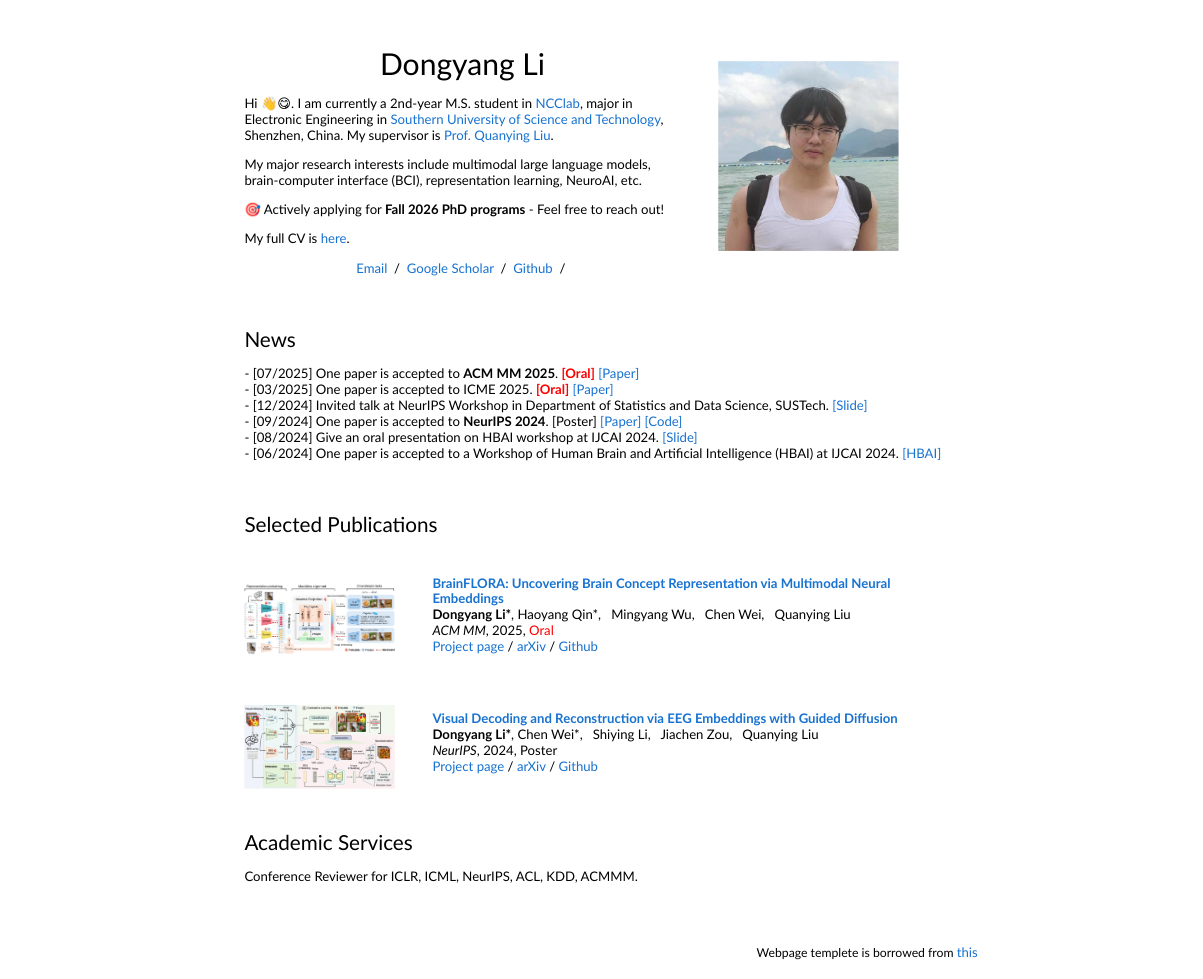
Repository: dongyangli-del/dongyangli-del.github.io
Page: index.html
The author's editor kept a copy of each file at every save. The page is drawn from the files as they stood at one save, then again after the next save.
The browser window is 1280 px wide. The pictures show the whole page, at 94% of full size.

Above is the page before, as saved 2025-07-12 20:37:27.

### index.html
<!DOCTYPE HTML>
<html lang="en">
  <head>

    <meta http-equiv="Content-Type" content="text/html; charset=UTF-8">

    <title>Dongyang Li</title>

    <meta name="author" content="Dongyang Li">
    <meta name="viewport" content="width=device-width, initial-scale=1">

    <link rel="stylesheet" type="text/css" href="stylesheet.css">
    <link rel="icon" href="data:[embedded picture, 141 characters]">
  </head>

  <body>
    <!-- <div class="content">
      <table style="width:100%;border:0px;border-spacing:0px;border-collapse:separate;margin-right:auto;margin-left:auto;"><tbody>
        <tr style="padding:0px">
          <td style="padding:2.5%;width:63%;vertical-align:middle">
            <p class="name" style="text-align: center;">
              Dongyang Li
            </p>

            </p>
            <p>

            </p>
            <p style="text-align:center">
            </p>
          </td>
          <td style="padding:2.5%;width:40%;max-width:40%">
            <a href="myassets/profile.jpg"><img style="width:100%;max-width:100%" alt="profile photo" src="myassets/profile.jpg" class="hoverZoomLink"></a>
          </td>
        </tr>
      </tbody></table>
    </div> -->
    <table style="width:100%;max-width:800px;border:0px;border-spacing:0px;border-collapse:separate;margin-right:auto;margin-left:auto;"><tbody>
      <tr style="padding:0px">
        <td style="padding:0px">
          <table style="width:100%;border:0px;border-spacing:0px;border-collapse:separate;margin-right:auto;margin-left:auto;"><tbody>
            <tr style="padding:0px">
              <td style="padding:2.5%;width:63%;vertical-align:middle">
                <p class="name" style="text-align: center;">
                  Dongyang Li
                </p>
                <p>
                  Hi 👋😋.
                  I am currently a 2nd-year M.S. student in <a href="https://www.sustech.edu.cn/zh/faculties/liuquanying.html">NCClab</a>, major in Electronic Engineering in <a href="https://www.sustech.edu.cn/">Southern University of Science and Technology</a>, Shenzhen, China.
                  My supervisor is <a href="https://faculty.sustech.edu.cn/?tagid=liuqy&iscss=1&snapid=1&orderby=date&go=1">Prof. Quanying Liu</a>.
                </p>
                <p>
                  My major research interests include multimodal large language models, brain-computer interface (BCI), representation learning, NeuroAI, etc.
                </p>
                <p>🎯 Actively applying for <strong>Fall 2026 PhD programs</strong> - Feel free to reach out!</p>
                <p>
                  My full CV is <a href="https://dongyangli-del.github.io/files/Dongyang_Li_CV.pdf">here</a>.
                </p>
                <p style="text-align:center">
                  <a href="lidy2023@mail.sustech.edu.cn">Email</a> &nbsp;/&nbsp;
                  <a href="https://scholar.google.com/citations?user=4VTOeU4AAAAJ&hl=zh-CN&oi=ao">Google Scholar</a> &nbsp;/&nbsp;
                  <a href="https://github.com/dongyangli-del">Github</a> &nbsp;/&nbsp;
                  <!-- <a href="https://www.linkedin.com/in/yingqing-he-6b2859168/">LinkedIn</a> -->
                </p>
              </td>
              <td style="padding:2.5%;width:40%;max-width:40%">
                <a href="myassets/profile.jpg"><img style="width:75%;max-width:100%" alt="profile photo" src="myassets/profile.jpg" class="hoverZoomLink"></a>
              </td>
            </tr>
          </tbody></table>

          <table style="width:100%;border:0px;border-spacing:0px;border-collapse:separate;margin-right:auto;margin-left:auto;"><tbody>
            <tr>
            <td style="padding:20px;width:100%;vertical-align:middle">
              <h2>News</h2>
              <p>
                - [07/2025] One paper is accepted to <strong>ACM MM 2025</strong>. <span style="color: red; font-weight: bold;">[Oral]</span> <a href="https://arxiv.org/pdf/2410.23754">[Paper]</a><br>

                - [03/2025] One paper is accepted to ICME 2025. <span style="color: red; font-weight: bold;">[Oral]</span> <a href="https://arxiv.org/pdf/2410.23754">[Paper]</a><br>

                - [12/2024] Invited talk at NeurIPS Workshop in Department of Statistics and Data Science, SUSTech. <a href="https://dongyangli-del.github.io/files/DongyangLi-20241201.pdf">[Slide]</a><br>

                - [09/2024] One paper is accepted to <strong>NeurIPS 2024</strong>. [Poster] <a href="https://arxiv.org/abs/2403.07721">[Paper]</a> <a href="https://github.com/dongyangli-del/EEG_Image_decode">[Code]</a> <br>

                - [08/2024] Give an oral presentation on HBAI workshop at IJCAI 2024. <a href="https://dongyangli-del.github.io/files/HBAI_2024_DongyangLi.pdf">[Slide]</a><br>

                - [06/2024] One paper is accepted to a Workshop of Human Brain and Artificial Intelligence (HBAI) at IJCAI 2024. <a href="https://hbai2024.github.io/">[HBAI]</a><br>

                <!-- - [10/2024] <font style="color: #d07c22">Invited talk</font> at <a href="https://venue-tutorial.github.io/">ECCV 2024 VENUE (Recent Advances in Video Content Understanding and Generation) Tutorial</a>
                 on the topic of <i>"LLMs Meet image and video generation"</i>.
                 The slides are available at our <a href="https://github.com/YingqingHe/Awesome-LLMs-meet-Multimodal-Generation/blob/main/ECCV2024-VENUE-Tutorial-Slides-LLM-Meet-Image-and-Video-Generation.pdf">Github repo</a>.<br>
                - [08/2024] <font style="color: #d07c22">Invited talk</font> at <a href="https://hunyuan.tencent.com/">Tencent Hunyuan</a>
                 on the topic of <i>"LLMs Meet Multimodal Generation and Editing"</i><br>
                - [08/2024] 1 paper was accepted to <font style="color: #D8429E">ECCV 2024 AI4VA Workshop</font>.<br>
                - [07/2024] 1 paper was accepted to <font style="color: #D8429E">SIGGRAPH Asia 2024</font>.<br>
                - [07/2024] 1 paper was accepted to <font style="color: #D8429E">ECCV 2024</font>.<br>
                - [05/2024] We released a survey paper: <a href="https://arxiv.org/abs/2405.19334">LLMs Meet Multimodal Generation and Editing: A Survey</a>.<br>
                - [03/2024] <font style="color: #d07c22">Invited talk</font> at <a href="https://www.meituan.com/">Meituan</a> on the topic of <i>"Recent Advance of Text-to-Video Generation"</i>.<br>
                - [03/2024] 1 paper was accepted to <font style="color: #D8429E">CVPR 2024</font>.<br>
                - [02/2024] 1 paper was accepted to <font style="color: #D8429E">TVCG 2024</font>.<br>
                - [01/2024] 2 papers were accepted to <font style="color: #D8429E">ICLR 2024</font> (including 1 Spotlight paper).<br>
                - [12/2023] 1 paper was accepted to <font style="color: #D8429E">AAAI 2024</font>.<br>
                - [11/2023] Released <a href="https://arxiv.org/abs/2310.19512">VideoCrafter 1</a>.<br>
                - [08/2023] 1 paper was accepted to <font style="color: #D8429E">SIGGRAPH Asia 2023</font>.<br>
                - [06/2023] <font style="color: #d07c22">Invited talk</font> at <a href="https://sites.google.com/view/loveucvpr23/home">CVPR 2023 LOVEU Workshop</a> on the topic of <i>"Crafting Your Videos: From Unconditional to <br>
                  &nbsp; &nbsp; &nbsp;&nbsp; &nbsp; &nbsp;&nbsp; &nbsp; &nbsp;&nbsp; &nbsp; &nbsp;&nbsp; &nbsp; &nbsp;&nbsp;&nbsp;
                  Controllable Video Diffusion Models"</i>.<br>
                - [04/2023] Released <a href="https://github.com/AILab-CVC/VideoCrafter">VideoCrafter 0.9</a>.<br>
                - [08/2021] 1 paper was accepted to <font style="color: #D8429E">ACM MM 2021</font> as an <font style="color: #D8429E">Oral</font> paper.<br>  -->
              </p>
            </td>
            </tr>
          </tbody></table>
          <table style="width:100%;border:0px;border-spacing:0px;border-collapse:separate;margin-right:auto;margin-left:auto;"><tbody>

    <table style="width:100%;border:0px;border-spacing:0px;border-collapse:separate;margin-right:auto;margin-left:auto;">
      <tbody>
      <tr>
        <td style="padding:20px;width:100%;vertical-align:middle">
          <h2>Selected Publications</h2>
          <!-- <p>
            I'm interested in computer vision, generative models, image/video generation and editing.
          </p> -->
        </td>
      </tr>
      </tbody>
    </table>
    <table style="width:100%;border:0px;border-spacing:0px;border-collapse:separate;margin-right:auto;margin-left:auto;"><tbody>


      <!-- BrainFLORA -->
      <tr>
        <td style="padding:20px;width:25%;vertical-align:middle">
          <img src='myassets/BrainFLORA.png' width="100%">
        </td>
        <td style="padding:20px;width:75%;vertical-align:middle">
          <a href="https://github.com/dongyangli-del/BrainFLORA">
            <span class="papertitle">BrainFLORA: Uncovering Brain Concept Representation via Multimodal Neural Embeddings</span>
          </a>
          <br>
          <strong>Dongyang Li*</strong>,
          <font style="color:black;">Haoyang Qin*, </font> &nbsp;
          <font style="color: black;">Mingyang Wu, </font> &nbsp;
          <font style="color: black;">Chen Wei, </font> &nbsp;
          <font style="color: black;">Quanying Liu </font> &nbsp;
          <br>
          <em>ACM MM</em>, 2025, <font style="color:red;">Oral</font>
          <br>
          <a href="https://github.com/dongyangli-del/BrainFLORA">Project page</a> /
          <a href="https://arxiv.org/pdf/2403.07721">arXiv</a> /
          <a href="https://github.com/dongyangli-del/BrainFLORA">Github</a>
          <p></p>
          <p>
          </p>
        </td>
      </tr>


      <!-- EEG_Image_Decode -->
      <tr>
        <td style="padding:20px;width:25%;vertical-align:middle">
          <img src='myassets/EEG_Image_decode.png' width="100%">
        </td>
        <td style="padding:20px;width:75%;vertical-align:middle">
          <a href="https://github.com/dongyangli-del/EEG_Image_decode/">
            <span class="papertitle">Visual Decoding and Reconstruction via EEG Embeddings with Guided Diffusion</span>
          </a>
          <br>
          <strong>Dongyang Li*</strong>,
          <font style="color:black;">Chen Wei*, </font> &nbsp;
          <font style="color: black;">Shiying Li, </font> &nbsp;
          <font style="color: black;">Jiachen Zou, </font> &nbsp;
          <font style="color: black;">Quanying Liu </font> &nbsp;
          <br>
          <em>NeurIPS</em>, 2024, Poster
          <br>
          <a href="https://dongyangli-del.github.io/EEG_Image_Decode/">Project page</a> /
          <a href="https://arxiv.org/pdf/2403.07721">arXiv</a> /
          <a href="https://github.com/dongyangli-del/EEG_Image_decode">Github</a>
          <p></p>
          <p>
          </p>
        </td>
      </tr>



    <table style="width:100%;border:0px;border-spacing:0px;border-collapse:separate;margin-right:auto;margin-left:auto;"><tbody>
      <tr>
      <td style="padding:20px;width:100%;vertical-align:middle">
        <h2>Academic Services</h2>
        <p>
          Conference Reviewer for ICLR, ICML, NeurIPS, ACL, KDD, ACMMM.<br>
          <!-- Journal Reviewer for TPAMI, IJCV, ACM Computing Surveys. -->
        </p>
      </td>
    </tr>
    </tbody></table>
    <table style="width:100%;border:0px;border-spacing:0px;border-collapse:separate;margin-right:auto;margin-left:auto;"><tbody>

    <!-- </tbody></table>
          <table width="100%" align="center" border="0" cellspacing="0" cellpadding="20"><tbody>
            <tr>
              <td>
                <h2>Miscellanea</h2>
              </td>
            </tr>
          </tbody></table>
          <table width="100%" align="center" border="0" cellpadding="20"><tbody>

            <tr>
              <td style="padding:20px;width:25%;vertical-align:middle"><img src="images/cvf.jpg"></td>
              <td width="75%" valign="center">
                <a href="https://cvpr2023.thecvf.com/Conferences/2023/Organizers">Demo Chair, CVPR 2023</a>
          <br>
                <a href="https://cvpr2022.thecvf.com/area-chairs">Area Chair, CVPR 2022</a>
                <br>
                <a href="http://cvpr2021.thecvf.com/area-chairs">Area Chair & Longuet-Higgins Award Committee Member, CVPR 2021</a>
                <br>
                <a href="http://cvpr2019.thecvf.com/area_chairs">Area Chair, CVPR 2019</a>
                <br>
                <a href="http://cvpr2018.thecvf.com/organizers/area_chairs">Area Chair, CVPR 2018</a>
              </td>
            </tr>
            <tr>
              <td style="padding:20px;width:25%;vertical-align:middle">
                <img src="images/cs188.jpg" alt="cs188">
              </td>
              <td width="75%" valign="center">
                <a href="http://inst.eecs.berkeley.edu/~cs188/sp11/announcements.html">Graduate Student Instructor, CS188 Spring 2011</a>
                <br>
                <a href="http://inst.eecs.berkeley.edu/~cs188/fa10/announcements.html">Graduate Student Instructor, CS188 Fall 2010</a>
                <br>
                <a href="http://aima.cs.berkeley.edu/">Figures, "Artificial Intelligence: A Modern Approach", 3rd Edition</a>
              </td>
            </tr>


            <tr>
              <td align="center" style="padding:20px;width:25%;vertical-align:middle">
                <h2>Basically <br> Blog Posts</h2>
              </td>
              <td width="75%" valign="middle">
                <a href="https://arxiv.org/abs/2112.11687">Squareplus: A Softplus-Like Algebraic Rectifier</a>
                <br>
                <a href="https://arxiv.org/abs/2010.09714">A Convenient Generalization of Schlick's Bias and Gain Functions</a>
                <br>
                <a href="https://arxiv.org/abs/1704.07483">Continuously Differentiable Exponential Linear Units</a>
                <br>
                <a href="https://jonbarron.info/data/cvpr2023_llm_workshop_annotated.pdf">Scholars & Big Models: How Can Academics Adapt?</a>
              </td>
            </tr>
          </tbody></table> -->


          <table style="width:100%;border:0px;border-spacing:0px;border-collapse:separate;margin-right:auto;margin-left:auto;"><tbody>
            <tr>
              <td style="padding:0px">
                <br>
                <p style="text-align:right;font-size:small;">
                  <!-- Feel free to steal this website's <a href="https://github.com/jonbarron/jonbarron_website">source code</a>. <strong>Do not</strong> scrape the HTML from this page itself, as it includes analytics tags that you do not want on your own website &mdash; use the github code instead. Also, consider using <a href="https://leonidk.com/">Leonid Keselman</a>'s <a href="https://github.com/leonidk/new_website">Jekyll fork</a> of this page. -->
                  Webpage templete is borrowed from <a href="https://github.com/jonbarron/jonbarron_website">this</a>
                </p>
              </td>
            </tr>
          </tbody></table>
        </td>
      </tr>
    </table>
  </body>
</html>

Loaded but not shown: stylesheet.css (152 lines, source omitted)

After the next save:
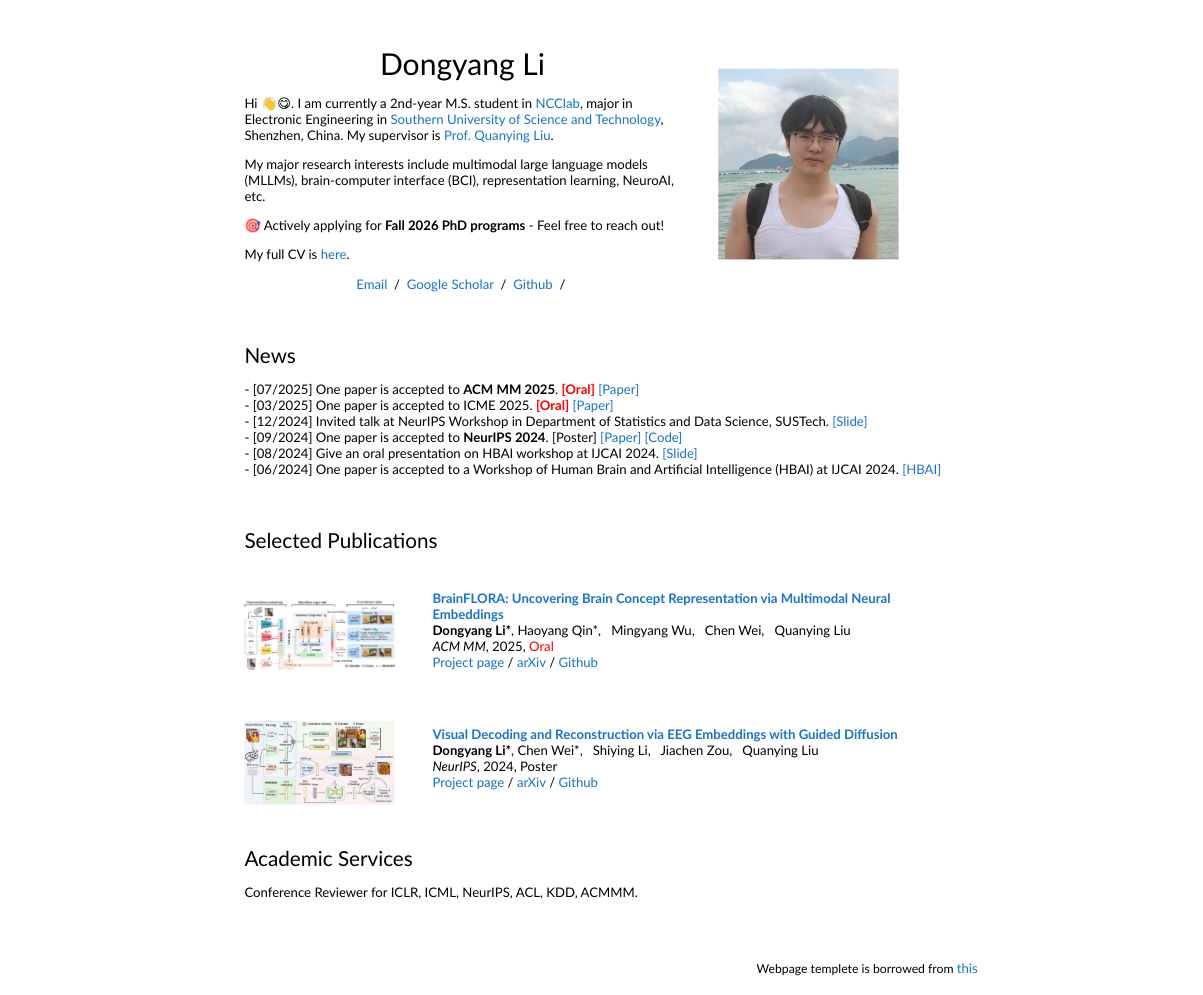
Saved 14 s later.
--- a/index.html
+++ b/index.html
@@ -50,7 +50,7 @@
                   My supervisor is <a href="https://faculty.sustech.edu.cn/?tagid=liuqy&iscss=1&snapid=1&orderby=date&go=1">Prof. Quanying Liu</a>.
                 </p>
                 <p>
-                  My major research interests include multimodal large language models, brain-computer interface (BCI), representation learning, NeuroAI, etc.
+                  My major research interests include multimodal large language models (MLLMs), brain-computer interface (BCI), representation learning, NeuroAI, etc.
                 </p>
                 <p>🎯 Actively applying for <strong>Fall 2026 PhD programs</strong> - Feel free to reach out!</p>
                 <p>

After the 3 saves that followed:
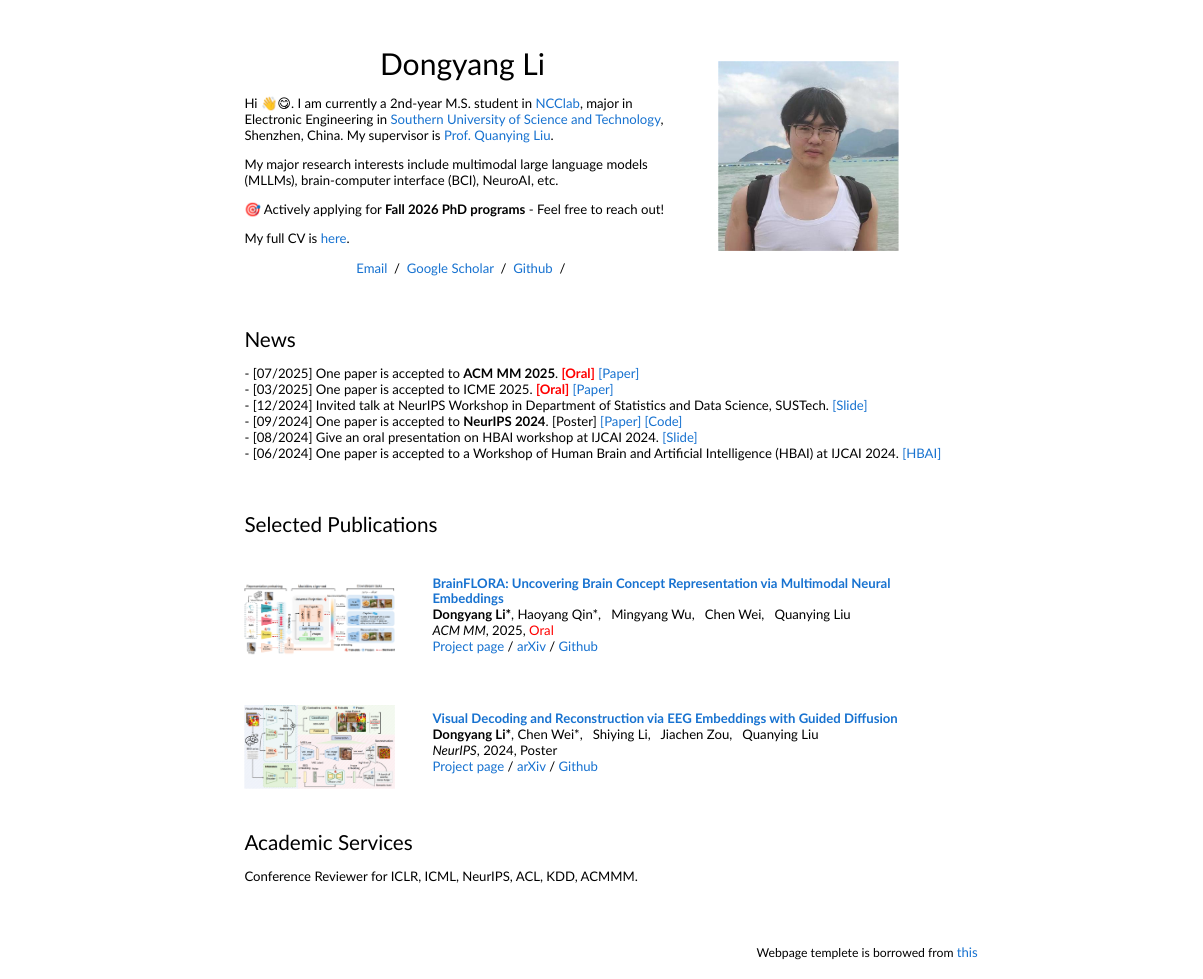
The 3 saves are shown as one change because they came seconds apart.
The last was saved 16 s later.
--- a/index.html
+++ b/index.html
@@ -50,7 +50,7 @@
                   My supervisor is <a href="https://faculty.sustech.edu.cn/?tagid=liuqy&iscss=1&snapid=1&orderby=date&go=1">Prof. Quanying Liu</a>.
                 </p>
                 <p>
-                  My major research interests include multimodal large language models (MLLMs), brain-computer interface (BCI), representation learning, NeuroAI, etc.
+                  My major research interests include multimodal large language models (MLLMs), brain-computer interface (BCI), NeuroAI, etc.
                 </p>
                 <p>🎯 Actively applying for <strong>Fall 2026 PhD programs</strong> - Feel free to reach out!</p>
                 <p>
